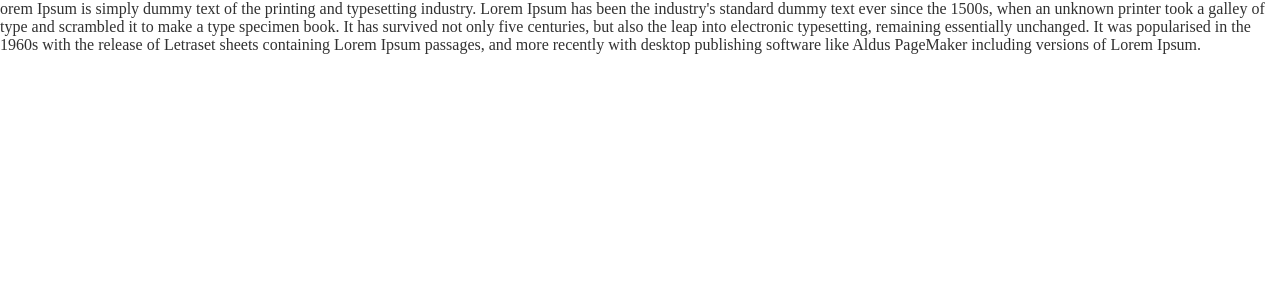
Repository: AbiezerSidonioJoseOdanacaJunior/projeto-travelgram
Page: index.html
These files come from the project's save history. The page is drawn as it stood at one moment and after the next save; the edit follows.
The browser window is 1280 px wide. The pictures show the whole page.

Above is the page before, as saved 2024-11-12 15:17:02.

### index.html
<!DOCTYPE html>
<html lang="pt-br">
<head>
    <meta charset="UTF-8">
    <meta name="viewport" content="width=device-width, initial-scale=1.0">
    <title>Travelgram</title>
    <link rel="stylesheet" href="styles/global.css">
</head>
<body>
    <p>orem Ipsum is simply dummy text of the printing and typesetting industry. Lorem Ipsum has been the industry's standard dummy text ever since the 1500s, when an unknown printer took a galley of type and scrambled it to make a type specimen book. It has survived not only five centuries, but also the leap into electronic typesetting, remaining essentially unchanged. It was popularised in the 1960s with the release of Letraset sheets containing Lorem Ipsum passages, and more recently with desktop publishing software like Aldus PageMaker including versions of Lorem Ipsum.</p>

</body>
</html>

### styles/global.css
* {
    padding: 0;
    margin: 0;
    box-sizing: border-box;
}

:root {
    --brand-clor: #EF5F4C;
    --backgoround-clor: #FFFFFF;
    --surface-color: #F5F5F5;
    --skeleton-color: #D9D9D9;
    --shape-tranparency: #ffffff90;
    --text-color-primary: #313131;
    --text-color-secondary: #6C6C6C;
}

body {
    color: var(--text-color-primary);
    background-color: var(--backgoround-clor);
}

After the next save:
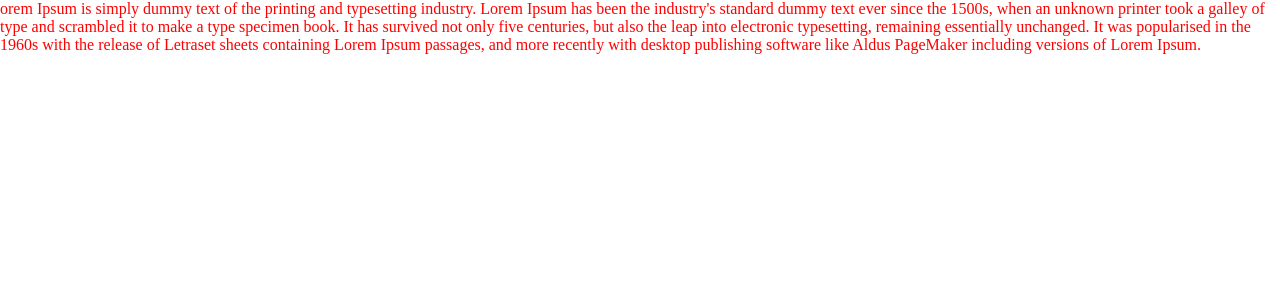
Saved 22 s later.
--- a/styles/global.css
+++ b/styles/global.css
@@ -15,6 +15,6 @@
 }
 
 body {
-    color: var(--text-color-primary);
+    color: red;
     background-color: var(--backgoround-clor);
 }

After the save that followed:
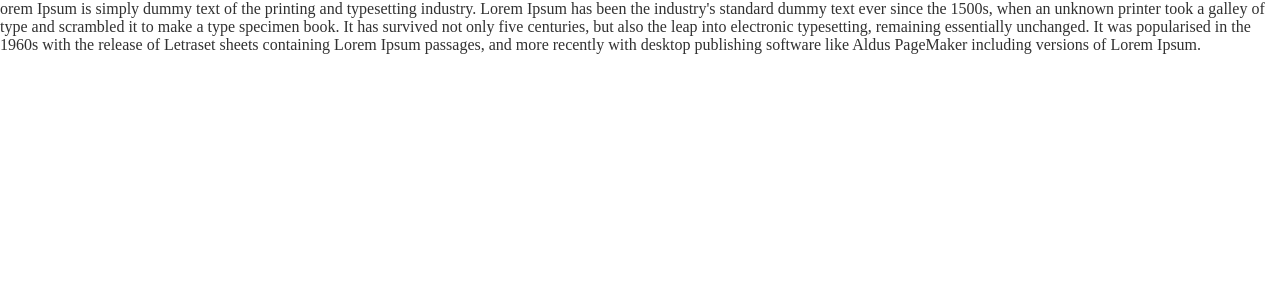
Saved 6 s later.
--- a/styles/global.css
+++ b/styles/global.css
@@ -15,6 +15,6 @@
 }
 
 body {
-    color: red;
+    color: var(--text-color-primary);
     background-color: var(--backgoround-clor);
 }
